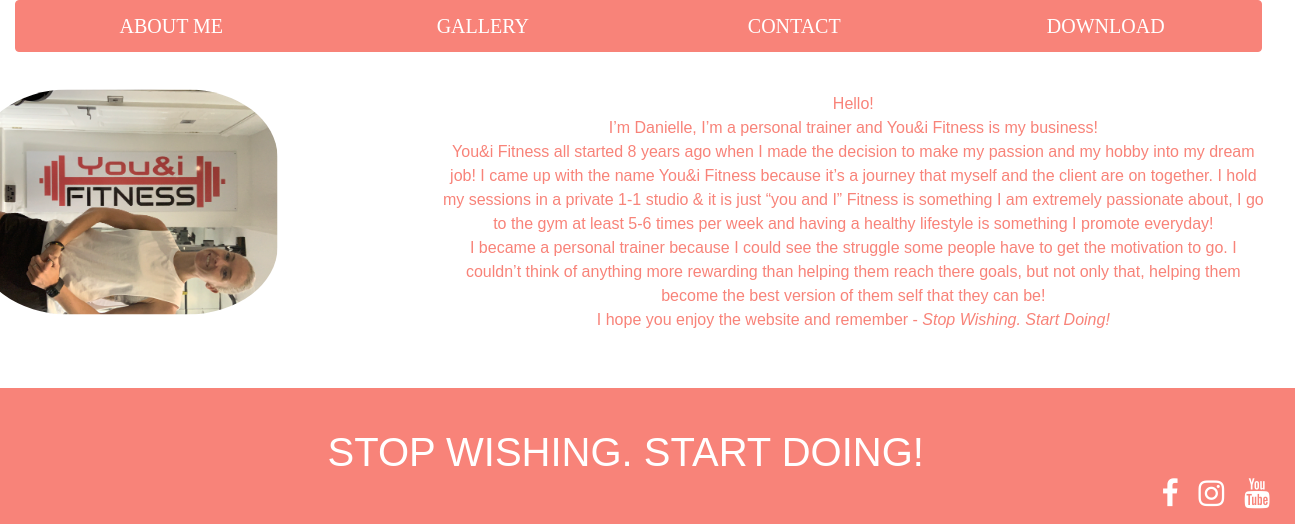
Repository: Code-Institute-Submissions/you-i
Page: pages/index.html
The author's editor kept a record of every edit. The page is drawn from the files as they stood at one moment, then again after the next edit.
The browser window is 1280 px wide. The page is 1295 px wide, so the pictures cover 1295 px, including what lies to the right of the window. The pictures show the part of the page from y = 280 to 828 px (the page is 804 px tall before and 828 px after).
Some web fonts or font styles are not loaded; a fallback is used.

Above is the page before.

After the next edit:
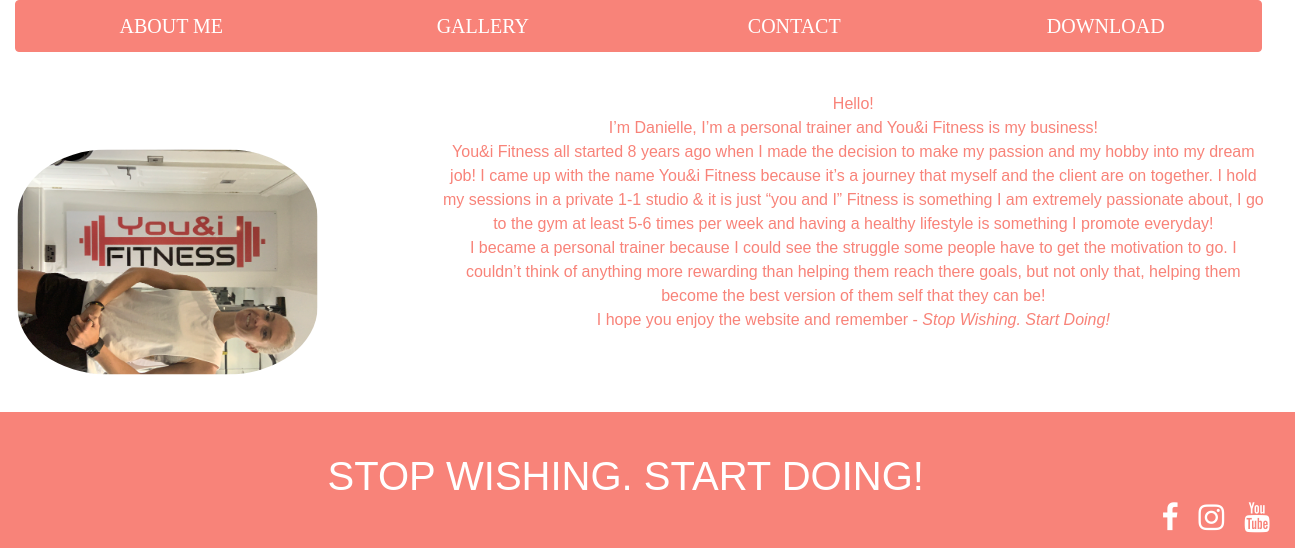
The edit:
--- a/pages/css/style.css
+++ b/pages/css/style.css
@@ -125,6 +125,8 @@
     -ms-transform: rotate(90deg);
     -o-transform: rotate(90deg);
     transform: rotate(90deg);
+    margin-top: 60px;
+    margin-left: 40px;
 }
 
 .paragraph {
